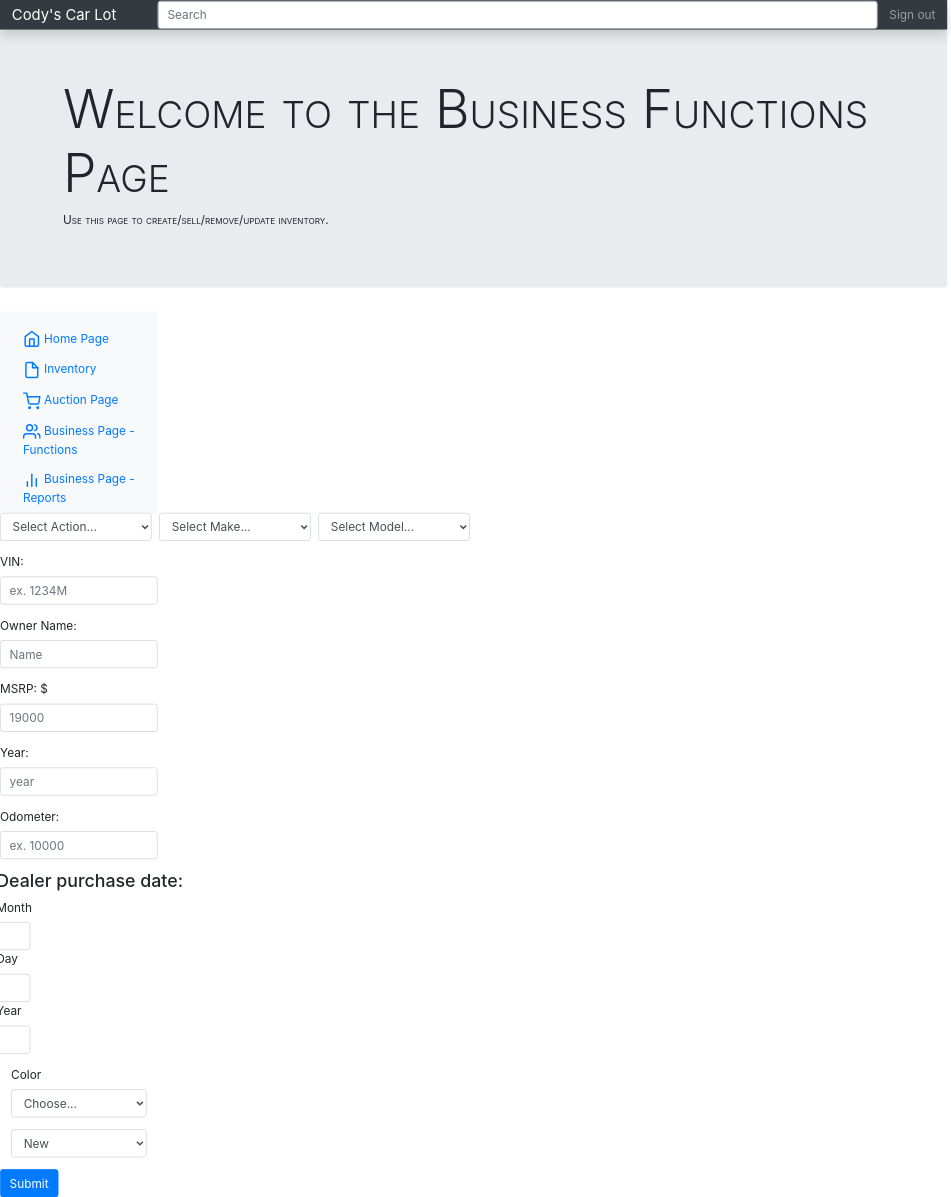
Repository: CodyHogge/CarDealershipProject
Page: http://localhost/CarDealershipProject/booted_functions.jsp
These files come from the project's save history. The page is drawn as it stood at one moment and after the next save; the edit follows.
The browser window is 1280 px wide. The page is 1285 px wide, so the pictures cover 1285 px, including what lies to the right of the window. The pictures show the whole page, at 74% of full size.
The page is served by Tomcat 9.

Above is the page before, as saved 2020-09-16 16:38:12.

After the next save:
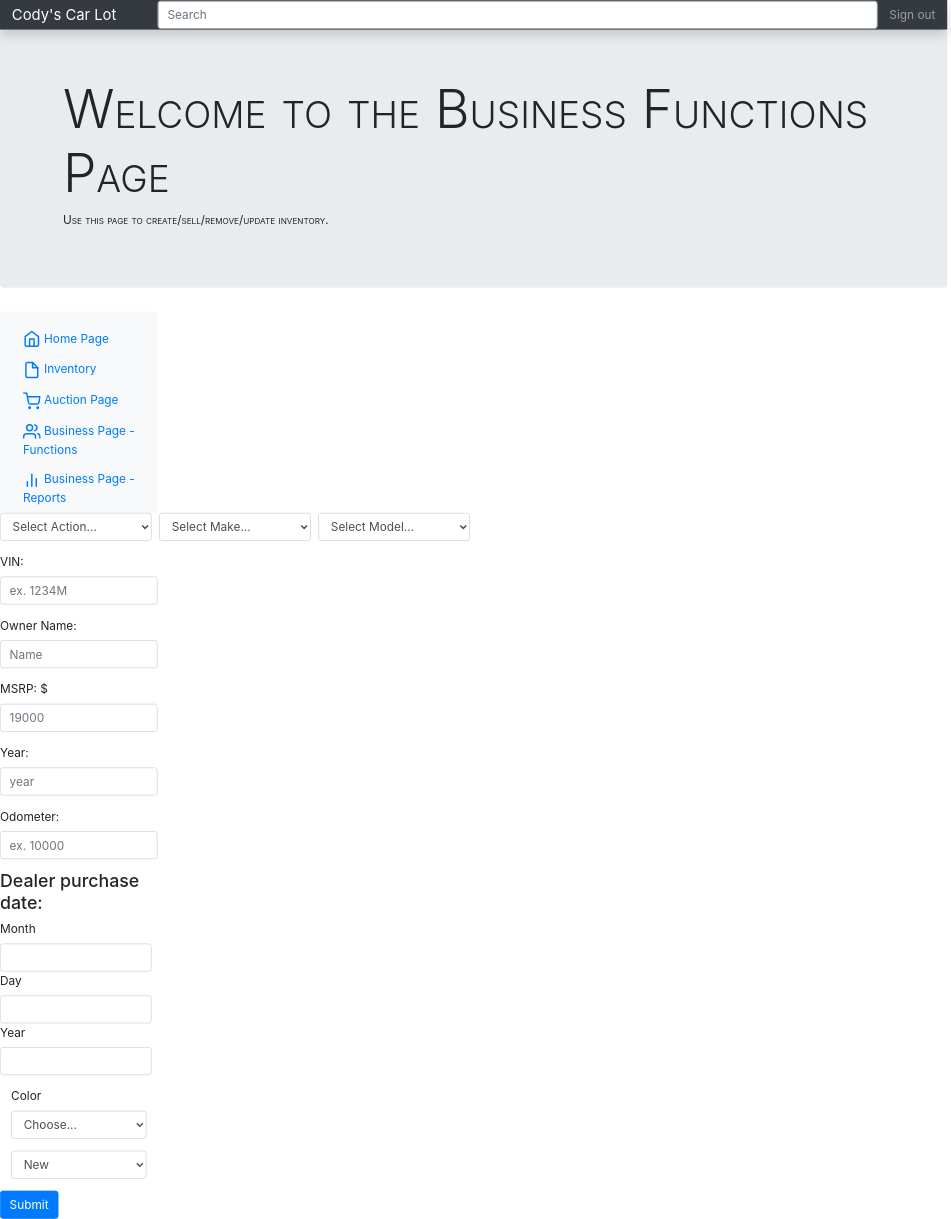
Saved 69 s later.
--- a/CarDealershipProject/WebContent/booted_functions.jsp
+++ b/CarDealershipProject/WebContent/booted_functions.jsp
@@ -122,14 +122,14 @@
 			<input type="text" class="form-control col-md-2" name="odometer" id="odometer" placeholder="ex. 10000">
 		</div>
 		<div class="form-row">
-			<div class="form-group">
+			<div class="form-group col-md-2">
 				<h4>Dealer purchase date:</h4>
 					<label for="dealer-mm">Month</label>
-					<input type="text" class="form-control col-md-2" name="dealer-mm" id="dealer-mm">
+					<input type="text" class="form-control " name="dealer-mm" id="dealer-mm">
 					<label for="dealer-dd">Day</label>
-					<input type="text" class="form-control col-md-2" name="dealer-dd" id="dealer-dd">
+					<input type="text" class="form-control " name="dealer-dd" id="dealer-dd">
 					<label for="dealer-yyyy">Year</label>
-					<input type="text" class="form-control col-md-2" name="dealer-yyyy" id="dealer-yyyy">
+					<input type="text" class="form-control " name="dealer-yyyy" id="dealer-yyyy">
 			</div>
 		</div>
     	<div class="form-group col-md-2">
